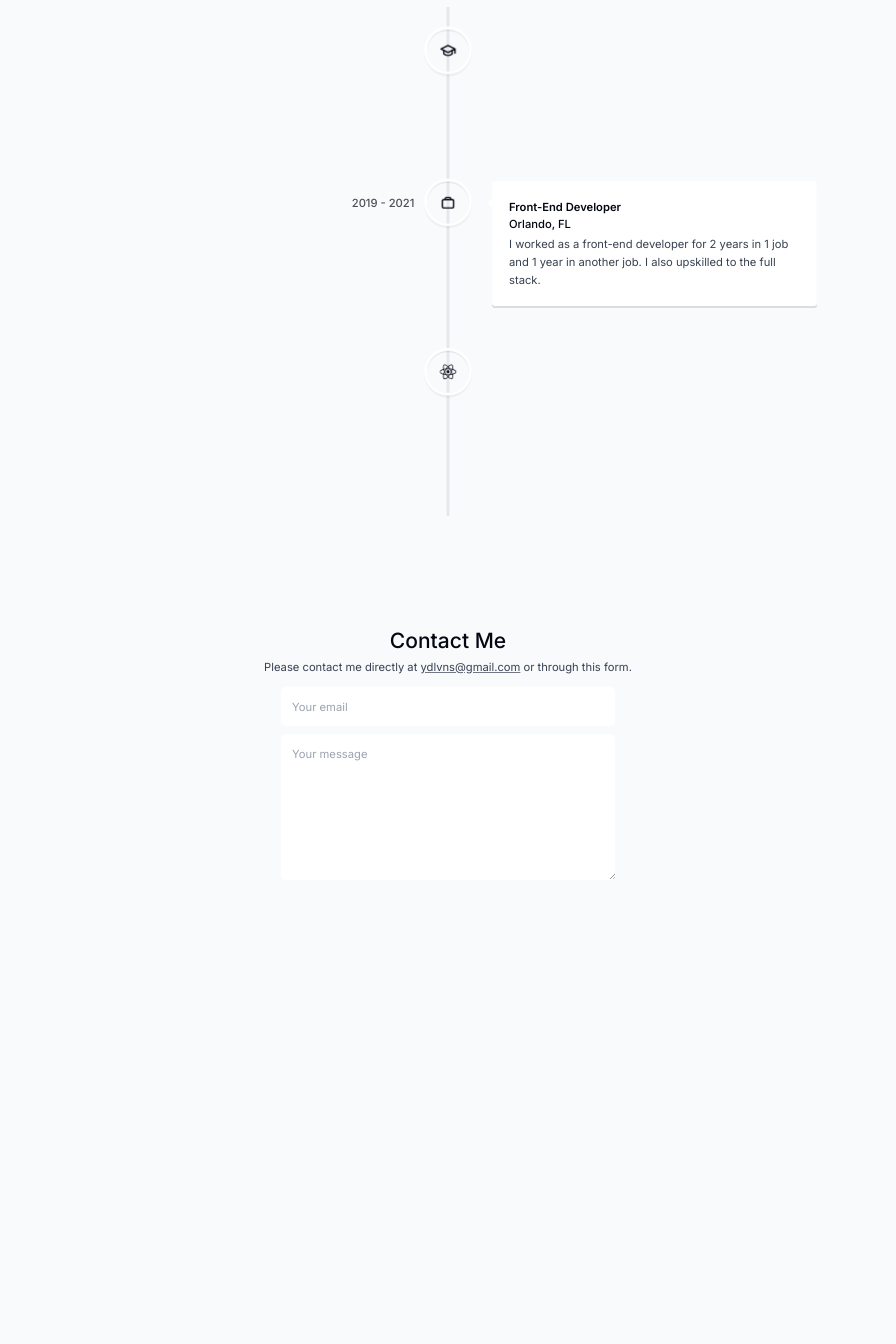
Repository: Tracy-maker/portfolio_website
Page: /
These files come from the project's save history. The page is drawn as it stood at one moment and after the next save; the edit follows.
The browser window is 1280 px wide. The pictures show the part of the page from y = 3080 to 5000 px (the page is 5000 px tall), at 70% of full size.
The project was rebuilt for these pictures with package versions that can differ from the ones it lists, and the page was loaded fresh each time. The framework's server and built-in components were replaced by stand-ins that run in the browser. Also part of the build but not shown: next.config.js.

Above is the page before, as saved 2023-10-09 14:23:30.

### app/layout.tsx
import Header from "@/components/header";
import "./globals.css";
import type { Metadata } from "next";
import { Inter } from "next/font/google";

const inter = Inter({ subsets: ["latin"] });

export const metadata: Metadata = {
  title: "Yingxin_Zhang | Portfolio",
  description: "Yingxin_Zhang is a front-end developer",
};

export default function RootLayout({
  children,
}: {
  children: React.ReactNode;
}) {
  return (
    <html lang="en" className="!scroll-smooth">
      <body
        className={`${inter.className} bg-gray-50 text-gray-950 relative h-[5000px] pt-28 sm:pt-36`}
      >
        <div className="bg-[#fbe2e3] absolute top-[-6rem] -z-10 right-[21rem] h-[156.25rem] w-[31.25rem] rounded-full blur-[10rem] sm:w-[68.75rem]"></div>
        <div className="bg-[#dbd7fb] absolute top-[-1rem] -z-10 left-[-45rem] h-[71.25rem] w-[-30rem] rounded-full blur-[10rem] sm:w-[68.75rem] md:left-[-33rem] lg:left-[-28rem] xl:left-[-15rem] 2xl:left-[-5rem]"></div>
        <div className="bg-[#E1FFFF] absolute top-[-241rem] -z-10 left-[-145rem] h-[100.25rem] w-[-60rem] rounded-full blur-[10rem] sm:w-[168.75rem] md:left-[-63rem] lg:left-[-98rem] xl:left-[-95rem] 2xl:left-[-95rem]"></div>
        <Header />
        {children}
      </body>
    </html>
  );
}

### app/page.tsx
import SectionDivider from "@/components/SectionDivider";
import About from "@/components/about";
import Contact from "@/components/contact";
import Experience from "@/components/experience";
import Intro from "@/components/intro";
import Projects from "@/components/projects";
import Skills from "@/components/skills";

export default function Home() {
  return (
    <main className="flex flex-col items-center px-4">
      <Intro />
      <SectionDivider />
      <About />
      <Projects />
      <Skills />
      <Experience />
      <Contact />
    </main>
  );
}

### components/header.tsx
"use client";
import { motion } from "framer-motion";
import { links } from "@/lib/data";
import Link from "next/link";

export default function Header() {
  return (
    <header className="z-[999] relative">
      <motion.div
        className="fixed top-0 left-1/2 h-[4.5rem] w-full
        rounded-none border border-white border-opacity-40
        bg-white bg-opacity-80 shadow-lg shadow-black/[0.03]
        backdrop-blur-[0.5rem] sm:top-6 sm:h-[3.25rem] sm:w-[38rem] sm:rounded-full"
        initial={{ y: -100, x: "-50%", opacity: 0 }}
        animate={{ y: 0, x: "-50%", opacity: 1 }}
      ></motion.div>

      <nav className="flex font-custom fixed top-[0.15rem] left-1/2 h-12 -translate-x-1/2 py-2 sm:top-[1.7rem] sm:h-[initial] sm:py-0">
        <ul className="flex w-[22rem] flex-wrap items-center justify-center gap-y-1 text-[1.1rem] font-bold text-gray-500 sm:w-[initial] sm:flex-nowrap sm:gap-5">
          {links.map((link) => (
            <motion.li
              className="h-3/4 flex items-center justify-center relative"
              key={link.hash}
              initial={{ y: -100, opacity: 0 }}
              animate={{ y: 0, opacity: 1 }}
            >
              <Link
                className="flex w-full items-center justify-center px-3 py-3 hover:text-gray-950 transition"
                href={link.hash}
              >
                {link.name}
              </Link>
            </motion.li>
          ))}
        </ul>
      </nav>
    </header>
  );
}

### app/globals.css
@tailwind base;
@tailwind components;
@tailwind utilities;

html {
    --line-color:#e5e7eb;
}

### components/SectionDivider.tsx
"use client";

import React from "react";
import { motion } from "framer-motion";

export default function SectionDivider() {
  return (
    <motion.div
      className="bg-gray-700 my-24 h-16 w-1 rounded-full hidden sm:block dark:bg-opacity-20"
      initial={{ opacity: 0, y: 100 }}
      animate={{ opacity: 1, y: 0 }}
      transition={{ delay: 0.125 }}
    ></motion.div>
  );
}

### components/about.tsx
"use client";

import React from "react";
import { motion } from "framer-motion";
import SectionHeading from "./sectionHeading";

export default function About() {
  return (
    <motion.section
      className="mb-28 max-w-[45rem] text-center leading-8 sm:mb-40 scroll-mt-32"
      initial={{ opacity: 0, y: 100 }}
      animate={{ opacity: 1, y: 0 }}
      transition={{ delay: 0.175 }}
      id="about"
    >
      <SectionHeading>About me</SectionHeading>
      <p className="mb-3">
        Motivated by a profound love for{" "}
        <span className="font-medium">coding,</span> I left a six-year marketing
        management role in China to pursue an in-depth study of computer science
        in Australia.{" "}
        <span className="font-medium">
          A proud graduate of RMIT's Information Technology Graduate Program ,
        </span>
        <span className="italic">
          {" "}
          I credit the program for opening doors to the digital world.
        </span>{" "}
        My joy lies in finding solutions to intricate problems, honing skills in
        JavaScript, React.js, Tailwind, CSS, Next.js, TypeScript, RESTful APIs,
        and Firebase.
        <span className="font-medium">
          {" "}
          What sets me apart is my enthusiasm for collaboration and learning. I
          thrive in team settings, and I'm always eager to absorb knowledge from
          experienced developers. I may be new to the field, but I'm a quick
          learner and a diligent worker, ready to contribute to projects with a
          fresh perspective. 🧙‍♂️🚀
        </span>
        This transition marks a pivotal moment, and I am excited about the
        opportunities ahead in the field of software development.
      </p>
    </motion.section>
  );
}

### components/contact.tsx
"use client";

import React from "react";
import SectionHeading from "./sectionHeading";
import { motion } from "framer-motion";

export default function Contact() {
  return (
    <motion.section
      id="contact"
      className="mb-20 sm:mb-28 w-[min(100%, 38rem)] text-center"
      initial={{ opacity: 0 }}
      whileInView={{ opacity: 1 }}
      transition={{ duration: 1 }}
      viewport={{ once: true }}
    >
      <SectionHeading>Contact Me</SectionHeading>

      <p className="text-gray-700 -m-6 dark:text-white/80">
        Please contact me directly at{" "}
        <a className="underline" href="mailto:ydlvns@gmail.com">
          ydlvns@gmail.com
        </a>{" "}
        or through this form.
      </p>

      <form className="mt-10 flex flex-col dark:text-black">
        {" "}
        <input
          className="h-14 px-4 rounded-lg borderBlack dark:bg-white dark:bg-opacity-80 dark:focus:bg-opacity-100 transition-all dark:outline-none"
          name="senderEmail"
          type="email"
          required
          maxLength={500}
          placeholder="Your email"
        />
        <textarea
          className="h-52 my-3 rounded-lg borderBlack p-4 dark:bg-white dark:bg-opacity-80 dark:focus:bg-opacity-100 transition-all dark:outline-none"
          name="message"
          placeholder="Your message"
          required
          maxLength={5000}
        />
      </form>
    </motion.section>
  );
}

### components/experience.tsx
"use client";

import React from "react";
import SectionHeading from "./sectionHeading";
import {
  VerticalTimeline,
  VerticalTimelineElement,
} from "react-vertical-timeline-component";
import "react-vertical-timeline-component/style.min.css";
import { experiencesData } from "@/lib/data";
import { useTheme } from "@/context/themeContext";

export default function Experience() {
  // const { theme } = useTheme();

  return (
    <section id="experience" className="scroll-mt-28 mb-28 sm:mb-40">
      <SectionHeading>My experience</SectionHeading>
      <VerticalTimeline lineColor="">
        {experiencesData.map((item, index) => (
          <React.Fragment key={index}>
            <VerticalTimelineElement
              contentStyle={{
                // background:
                //   theme === "light" ? "#f3f4f6" : "rgba(255, 255, 255, 0.05)",

                // boxShadow: "none",
                // border: "1px solid rgba(0, 0, 0, 0.05)",
                // textAlign: "left",
                // padding: "1.3rem 2rem",
              }}
              contentArrowStyle={
                {
                  // borderRight:
                  //   theme === "light"
                  //    ? "0.4rem solid #9ca3af"
                  //     : "0.4rem solid rgba(255, 255, 255, 0.5)",
                }
              }
              date={item.date}
              icon={item.icon}
              iconStyle={{
                // background:
                //   theme === "light" ? "white" : "rgba(255, 255, 255, 0.15)",
             //   fontSize: "1.5rem",
              }}
            >
              <h3 className="font-semibold capitalize">{item.title}</h3>
              <p className="font-normal !mt-0">{item.location}</p>
              <p className="!mt-1 !font-normal text-gray-700 dark:text-white/75">
                {item.description}
              </p>
            </VerticalTimelineElement>
          </React.Fragment>
        ))}
      </VerticalTimeline>
    </section>
  );
}

### components/projects.tsx
"use client";

import React from "react";
import { projectsData } from "@/lib/data";
import Project from "./project";
import SectionHeading from "./sectionHeading";

export default function Projects() {
  return (
    <section id="projects" className="scroll-mt-32 mb-32">
      <SectionHeading>My projects</SectionHeading>
      <div>
        {projectsData.map((project, index) => (
          <React.Fragment key={index}>
            <Project {...project} />
          </React.Fragment>
        ))}
      </div>
    </section>
  );
}

### components/skills.tsx
"use client";

import React from "react";
import { skillsData } from "@/lib/data";
import { motion } from "framer-motion";
import SectionHeading from "./sectionHeading";

const fadeInAnimationVariants = {
  initial: {
    opacity: 0,
    y: 100,
  },
  animate: (index: number) => ({
    opacity: 1,
    y: 0,
    transition: {
      delay: 0.05 * index,
    },
  }),
};

export default function Skills() {
  return (
    <section
      id="skills"
      className="mb-28 max-w-[40rem] scroll-mt-28 text-center sm:mb-40"
    >
      <SectionHeading>My skills</SectionHeading>
      <ul className="flex flex-wrap justify-center gap-2 text-lg text-gray-800">
        {skillsData.map((skill, index) => (
          <motion.li
            className="bg-white borderBlack rounded-xl px-5 py-3 dark:bg-white/10 dark:text-white/80"
            key={index}
            variants={fadeInAnimationVariants}
            initial="initial"
            whileInView="animate"
            viewport={{
              once: true,
            }}
            custom={index}
          >
            {skill}
          </motion.li>
        ))}
      </ul>
    </section>
  );
}

### lib/data.ts
import React from "react";
import { CgWorkAlt } from "react-icons/cg";
import { FaReact } from "react-icons/fa";
import { LuGraduationCap } from "react-icons/lu";
import p1Img from "@/public/p1.png";
import p2Img from "@/public/p2.png";
import p3Img from "@/public/p3.png";

export const links = [
  {
    name: "Home",
    hash: "#home",
  },
  {
    name: "About",
    hash: "#about",
  },
  {
    name: "Projects",
    hash: "#projects",
  },
  {
    name: "Skills",
    hash: "#skills",
  },
  {
    name: "Experience",
    hash: "#experience",
  },
  {
    name: "Contact",
    hash: "#contact",
  },
] as const;

export const experiencesData = [
  {
    title: "Graduated bootcamp",
    location: "Miami, FL",
    description:
      "I graduated after 6 months of studying. I immediately found a job as a front-end developer.",
    icon: React.createElement(LuGraduationCap),
    date: "2019",
  },
  {
    title: "Front-End Developer",
    location: "Orlando, FL",
    description:
      "I worked as a front-end developer for 2 years in 1 job and 1 year in another job. I also upskilled to the full stack.",
    icon: React.createElement(CgWorkAlt),
    date: "2019 - 2021",
  },
  {
    title: "Full-Stack Developer",
    location: "Houston, TX",
    description:
      "I'm now a full-stack developer working as a freelancer. My stack includes React, Next.js, TypeScript, Tailwind, Prisma and MongoDB. I'm open to full-time opportunities.",
    icon: React.createElement(FaReact),
    date: "2021 - present",
  },
] as const;

export const projectsData = [
  {
    title: "CorpComment",
    description:
      "I worked as a full-stack developer on this startup project for 2 years. Users can give public feedback to companies.",
    tags: ["React", "Next.js", "MongoDB", "Tailwind", "Prisma"],
    imageUrl: p2Img,
    url: "https://projects-collection-1314.vercel.app",
  },
  {
    title: "rmtDev",
    description:
      "Job board for remote developer jobs. I was the front-end developer. It has features like filtering, sorting and pagination.",
    tags: ["React", "TypeScript", "Next.js", "Tailwind", "Redux"],
    imageUrl: p2Img,
    url: "https://projects-collection-1314.vercel.app",
  },
  {
    title: "Word Analytics",
    description:
      "A public web app for quick analytics on text. It shows word count, character count and social media post limits.",
    tags: ["React", "Next.js", "SQL", "Tailwind", "Framer"],
    imageUrl: p3Img,
    url: "https://projects-collection-1314.vercel.app",
  },
] as const;

export const skillsData = [
  "HTML",
  "CSS",
  "JavaScript",
  "TypeScript",
  "React",
  "Next.js",
  "Git",
  "MUI-material",
  "Tailwind",
  "REST-API",
  "PostgreSQL",
  "Framer Motion",
] as const;

### components/project.tsx
"use client";

import { useRef } from "react";
import { projectsData } from "@/lib/data";
import Image from "next/image";
import { motion, useScroll, useTransform } from "framer-motion";

type ProjectProps = (typeof projectsData)[number];

export default function Project({
  title,
  description,
  tags,
  imageUrl,
  url,
}: ProjectProps) {
  const ref = useRef<HTMLDivElement>(null);
  const { scrollYProgress } = useScroll({
    target: ref,
    offset: ["0 1", "1.33 1"],
  });
  const scaleProgress = useTransform(scrollYProgress, [0, 1], [0.8, 1]);
  const opacityProgress = useTransform(scrollYProgress, [0, 1], [0.6, 1]);

  return (
    <motion.div
      ref={ref}
      style={{
        scale: scaleProgress,
        opacity: opacityProgress,
      }}
      className="group mb-3 sm:mb-8 last:mb-0"
    >
      <section className="bg-green-100 max-w-[42rem] border border-black/5 rounded-lg overflow-hidden sm:pr-8 relative sm:h-[20rem] hover:bg-gray-200 transition sm:group-even:pl-8 dark:text-white dark:bg-white/10 dark:hover:bg-white/20">
        <div className="pt-4 pb-7 px-5 sm:pl-10 sm:pr-2 sm:pt-10 sm:max-w-[50%] flex flex-col h-full sm:group-even:ml-[18rem]">
          <h3 className="text-2xl font-semibold">{title}</h3>
          <p className="mt-2 leading-relaxed text-gray-700 dark:text-white/70">
            {description}
          </p>
          <ul className="flex flex-wrap mt-4 gap-2 sm:mt-auto">
            {tags.map((tag, index) => (
              <li
                className="bg-black/[0.7] px-3 py-1 text-[0.7rem] uppercase tracking-wider text-white rounded-full dark:text-white/70"
                key={index}
              >
                {tag}
              </li>
            ))}
          </ul>
          <a href={url} target="_blank" className="font-custom pt-4">
            {" "}
            Click me to learn more...{" "}
          </a>
        </div>

        <Image
          src={imageUrl}
          alt="Project I worked on"
          quality={95}
          className="absolute hidden sm:block top-8 -right-40 w-[28.25rem] rounded-t-lg shadow-2xl
        transition
        group-hover:scale-[1.04]
        group-hover:-translate-x-3
        group-hover:translate-y-3
        group-hover:-rotate-2

        group-even:group-hover:translate-x-3
        group-even:group-hover:translate-y-3
        group-even:group-hover:rotate-2

        group-even:right-[initial] group-even:-left-40"
        />
      </section>
    </motion.div>
  );
}

### tailwind.config.ts
import type { Config } from 'tailwindcss'

const config: Config = {
  content: [
    './pages/**/*.{js,ts,jsx,tsx,mdx}',
    './components/**/*.{js,ts,jsx,tsx,mdx}',
    './app/**/*.{js,ts,jsx,tsx,mdx}',
  ],
  theme: {
    extend: {
      backgroundImage: {
        'gradient-radial': 'radial-gradient(var(--tw-gradient-stops))',
        'gradient-conic':
          'conic-gradient(from 180deg at 50% 50%, var(--tw-gradient-stops))',
      },
      fontFamily: {
        custom: ["Gabarito", "cursive"],
      },
    },
  },
  plugins: [],
  darkMode: "class",
}
export default config

Loaded but not shown: components/sectionHeading.tsx (common file); components/intro.tsx (114 lines, source omitted)

After the next save:
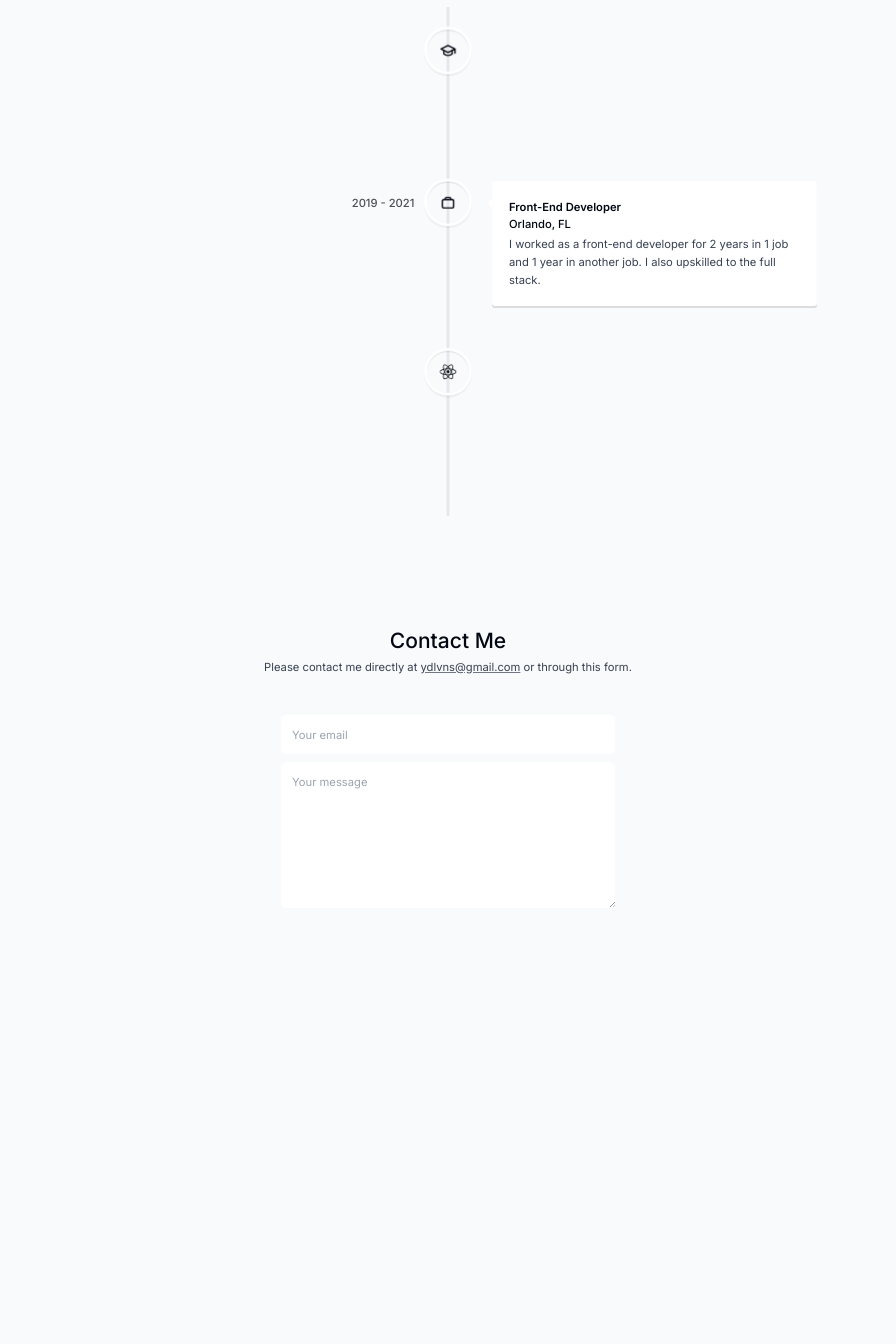
Saved 2 min 8 s later.
--- a/components/contact.tsx
+++ b/components/contact.tsx
@@ -24,7 +24,7 @@
         or through this form.
       </p>
 
-      <form className="mt-10 flex flex-col dark:text-black">
+      <form className="mt-20 flex flex-col dark:text-black">
         {" "}
         <input
           className="h-14 px-4 rounded-lg borderBlack dark:bg-white dark:bg-opacity-80 dark:focus:bg-opacity-100 transition-all dark:outline-none"

After the save that followed:
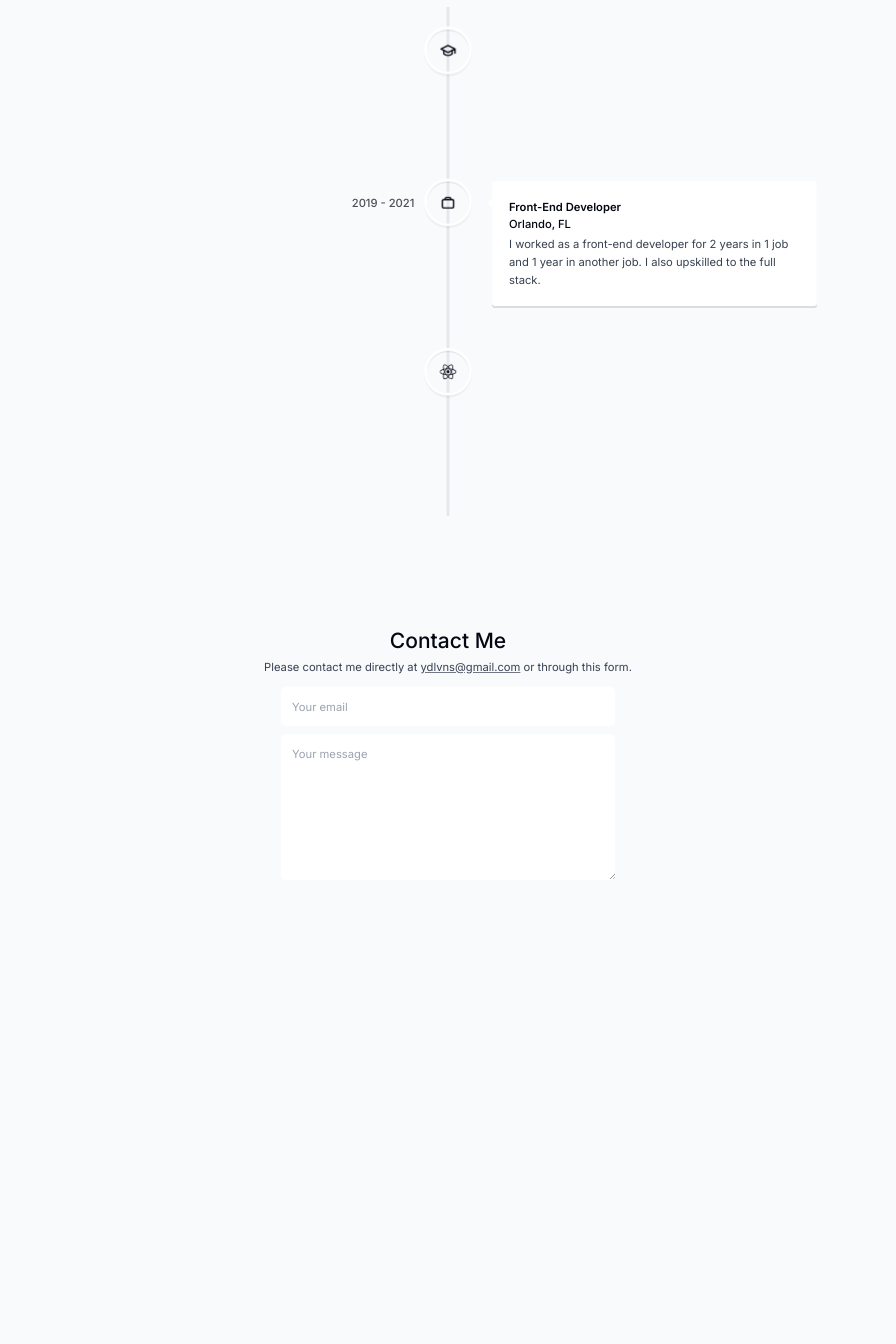
Saved 8 s later.
--- a/components/contact.tsx
+++ b/components/contact.tsx
@@ -24,7 +24,7 @@
         or through this form.
       </p>
 
-      <form className="mt-20 flex flex-col dark:text-black">
+      <form className="mt-10 flex flex-col dark:text-black">
         {" "}
         <input
           className="h-14 px-4 rounded-lg borderBlack dark:bg-white dark:bg-opacity-80 dark:focus:bg-opacity-100 transition-all dark:outline-none"
